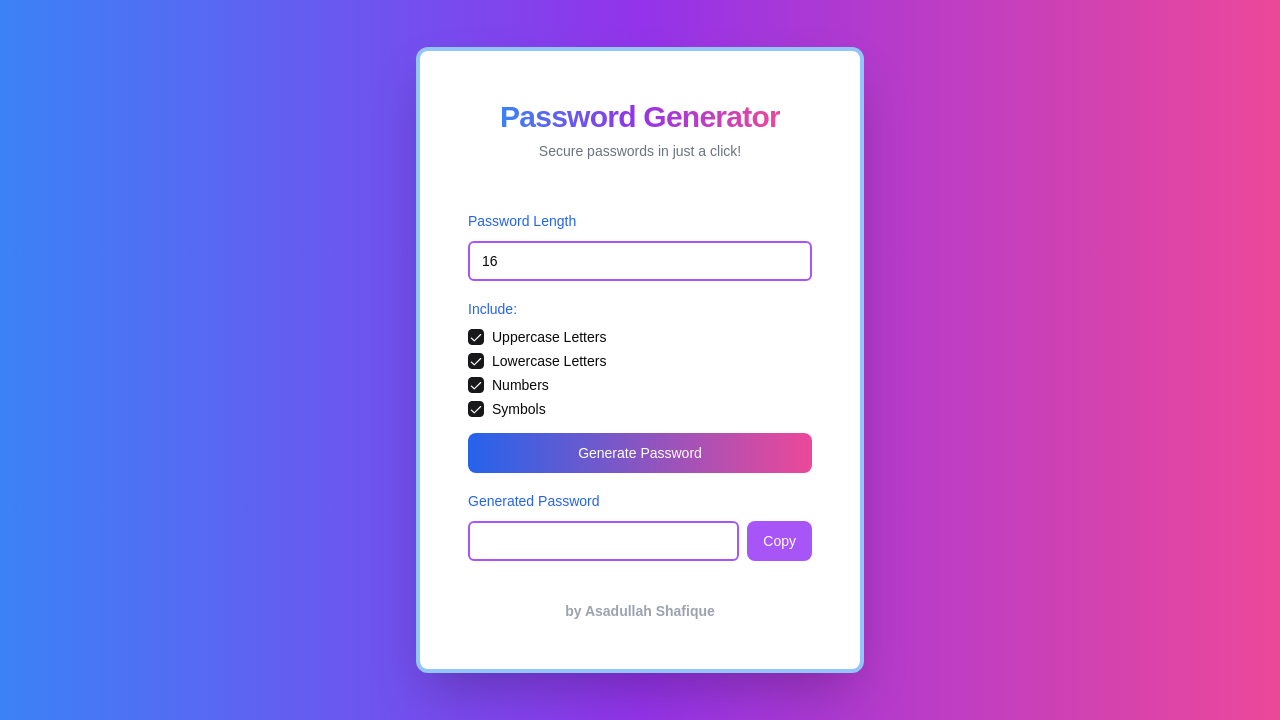
Repository: asadullah48/10_password_generator_app
Page: /
An editor plug-in stored every save of this project. The page is shown before and after the next save, followed by the edit.
The browser window is 1280 px wide. The pictures show the whole page.
The project was rebuilt for these pictures with package versions that can differ from the ones it lists, and the page was loaded fresh each time. The framework's server and built-in components were replaced by stand-ins that run in the browser. Also part of the build but not shown: next.config.mjs.

Above is the page before, as saved 2024-10-20 12:25:32.

After the next save:
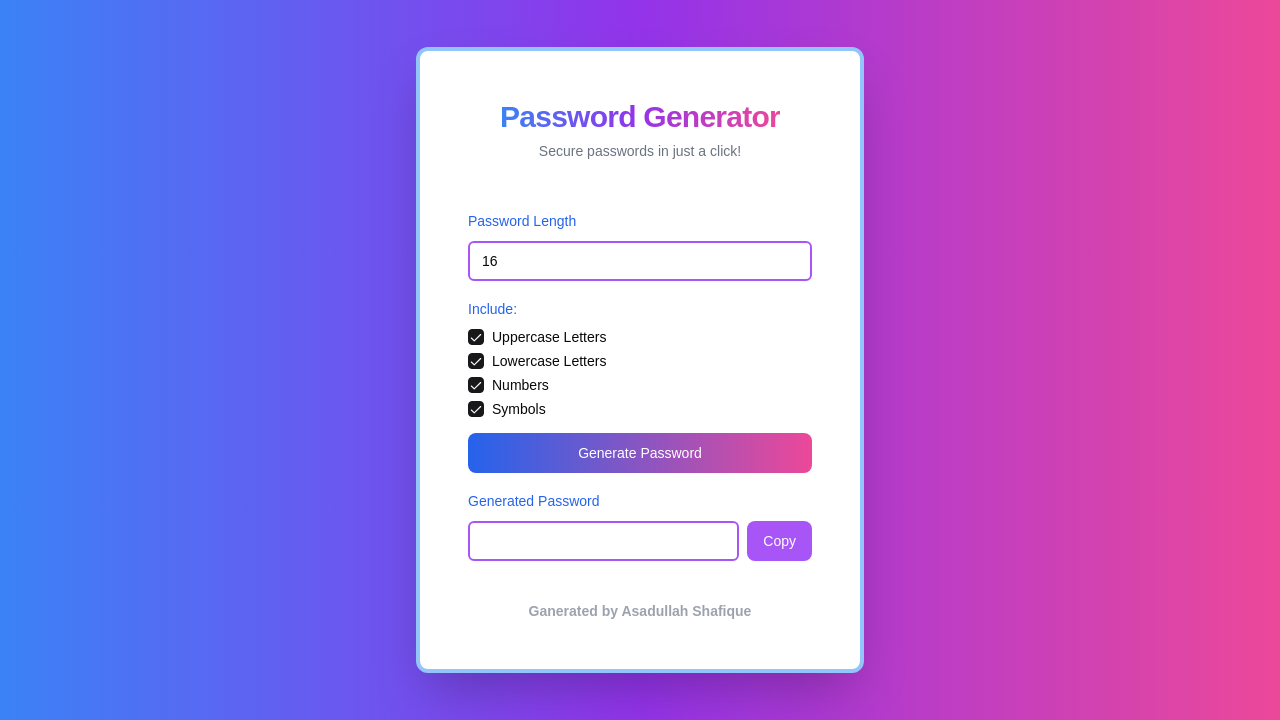
Saved 5 s later.
--- a/components/password-generator.tsx
+++ b/components/password-generator.tsx
@@ -160,7 +160,7 @@ export default function GeneratePasswordComponent() {
         </div>
         <CardFooter className="flex justify-center mt-4">
   <p className="text-sm text-gray-400 dark:text-gray-400 font-semibold mb-0">
-     by Asadullah Shafique
+    Ganerated by Asadullah Shafique
   </p>
 </CardFooter>
 
